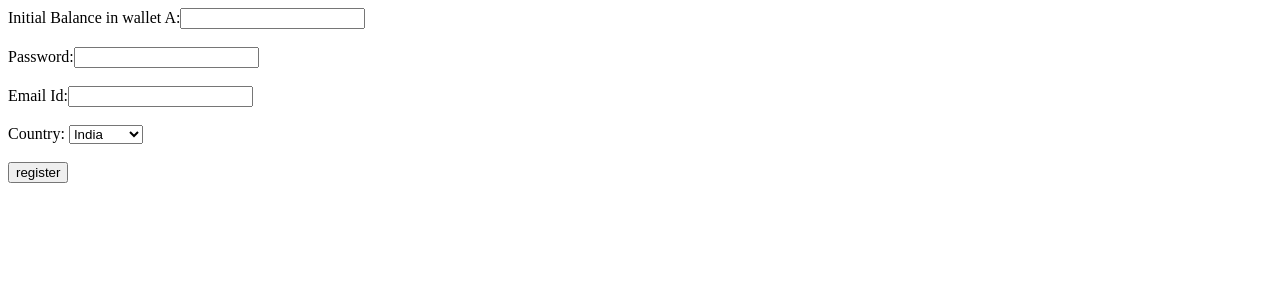
Repository: ravi-agrawalics/BlockChain
Page: http://localhost/blockChainSample/
An editor plug-in stored every save of this project. The page is shown before and after the next save, followed by the edit.
The browser window is 1280 px wide. The pictures show the whole page.
The page is served by Tomcat 9. Other server files are loaded and not shown.

Above is the page before, as saved 2018-04-04 04:55:18.

### blockChainSample/WebContent/main.jsp
<%@ page language="java" contentType="text/html; charset=ISO-8859-1"
    pageEncoding="ISO-8859-1"%>
<!DOCTYPE html PUBLIC "-//W3C//DTD HTML 4.01 Transitional//EN" "http://www.w3.org/TR/html4/loose.dtd">
<html>
<head>
<meta http-equiv="Content-Type" content="text/html; charset=ISO-8859-1">
<title>Block Chain Sample</title>
</head>
<body>
<form action="servlet/WalletServlet" method="post">

Initial Balance in wallet A:<input type="text" name="userName"/><br/><br/>
Password:<input type="password" name="userPass"/><br/><br/>
Email Id:<input type="text" name="userEmail"/><br/><br/>
Country:
<select name="userCountry">
<option>India</option>
<option>Pakistan</option>
<option>other</option>
</select>

<br/><br/>
<input type="submit" value="register"/>

</form>
</body>
</html>

After the next save:
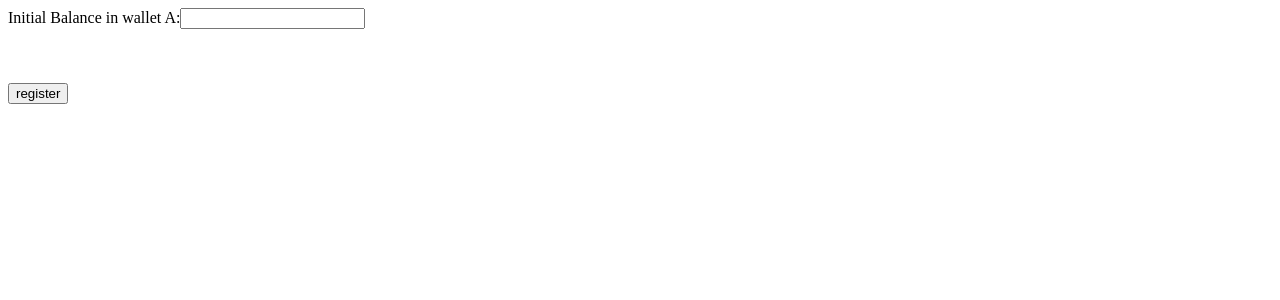
Saved 23 s later.
--- a/blockChainSample/WebContent/main.jsp
+++ b/blockChainSample/WebContent/main.jsp
@@ -8,17 +8,7 @@
 </head>
 <body>
 <form action="servlet/WalletServlet" method="post">
-
-Initial Balance in wallet A:<input type="text" name="userName"/><br/><br/>
-Password:<input type="password" name="userPass"/><br/><br/>
-Email Id:<input type="text" name="userEmail"/><br/><br/>
-Country:
-<select name="userCountry">
-<option>India</option>
-<option>Pakistan</option>
-<option>other</option>
-</select>
-
+Initial Balance in wallet A:<input type="text" name="initBalance"/><br/><br/>
 <br/><br/>
 <input type="submit" value="register"/>
 
